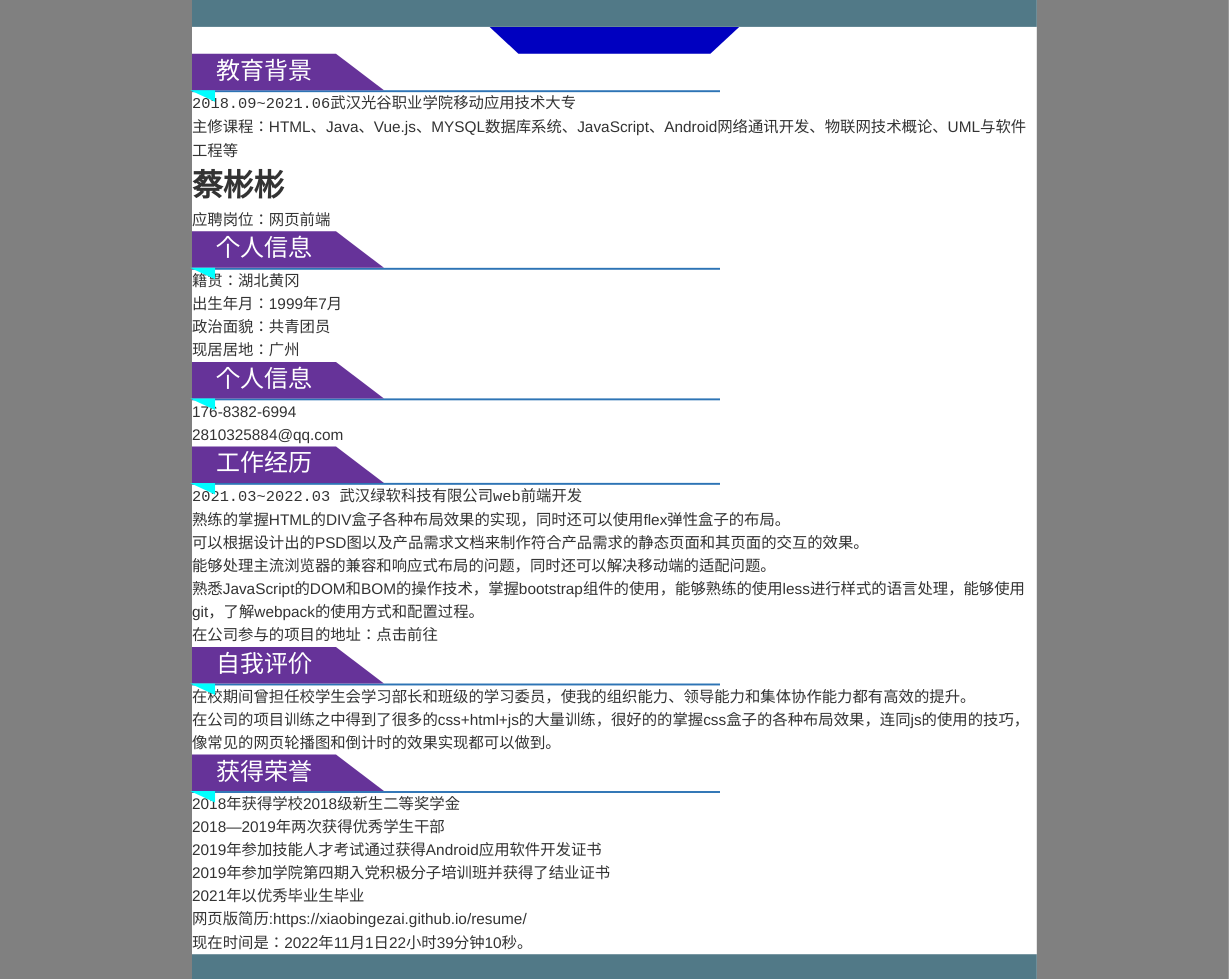
Repository: xiaobingezai/resume
Page: index.html
The author's editor kept a copy of each file at every save. The page is drawn from the files as they stood at one save, then again after the next save.
The browser window is 1280 px wide. The pictures show the whole page, at 96% of full size.

Above is the page before, as saved 2022-11-02 22:38:37.

### index.html
<!DOCTYPE html>
<html lang="en">

<head>
    <meta charset="UTF-8">
    <meta http-equiv="X-UA-Compatible" content="IE=edge">
    <meta name="viewport" content="width=device-width, initial-scale=1.0">
    <title>Document</title>
    <link rel="stylesheet" href="css/index.css">
</head>

<body>
    <div class="wrapper" id="zhengTi">
        <div class="tiXing1"></div>
        <div id="head">
            <div class="jiaoYuBeiJing">
                <div class="zhuangShiTuPian"><samp>教育背景</samp></div>
                <div class="samp1">
                    <samp>2018.09~2021.06</samp><samp>武汉光谷职业学院</samp><samp>移动应用技术</samp><samp>大专</samp>
                </div>
                <p>主修课程：HTML、Java、Vue.js、MYSQL数据库系统、JavaScript、Android网络通讯开发、物联网技术概论、UML与软件工程等</p>
            </div>
            <div id="content" class="clearfix">
                <div class="gongZuoJingLi1">
                    <div class="first">
                        <h1>蔡彬彬</h1>
                        <p>应聘岗位：网页前端</p>
                    </div>
                    <div class="second">
                        <div class="zhuangShiTuPian"><samp>个人信息</samp></div>
                        <ul class="ul1">
                            <li>籍贯：湖北黄冈</li>
                            <li>出生年月：1999年7月</li>
                            <li>政治面貌：共青团员</li>
                            <li>现居居地：广州</li>
                        </ul>
                    </div>
                    <div class="third">
                        <div class="zhuangShiTuPian"><samp>个人信息</samp></div>
                        <ul class="ul2">
                            <li>176-8382-6994</li>
                            <li>2810325884@qq.com</li>
                        </ul>
                    </div>
                </div>
                <div class="gongZuoJingLi">
                    <div class="zhuangShiTuPian"><samp>工作经历</samp></div>

                    <ul class="gongZuoJingLi2">
                        <div class="gongZuo">
                            <samp>2021.03~2022.03 </samp><samp>武汉绿软科技有限公司</samp><samp>web前端开发</samp>
                        </div>
                        <li>熟练的掌握HTML的DIV盒子各种布局效果的实现，同时还可以使用flex弹性盒子的布局。</li>
                        <li>可以根据设计出的PSD图以及产品需求文档来制作符合产品需求的静态页面和其页面的交互的效果。</li>
                        <li>能够处理主流浏览器的兼容和响应式布局的问题，同时还可以解决移动端的适配问题。</li>
                        <li>熟悉JavaScript的DOM和BOM的操作技术，掌握bootstrap组件的使用，能够熟练的使用less进行样式的语言处理，能够使用git，了解webpack的使用方式和配置过程。</li>
                        <li>在公司参与的项目的地址：<a href="http://www.downyi.com/" target="blank">点击前往</a></li>
                    </ul>
                </div>
            </div>
            <div id="tail" class="clearfix">
                <div class="diBu1">
                    <div class="zhuangShiTuPian"><samp>自我评价</samp></div>
                    <ul>
                        <li>在校期间曾担任校学生会学习部长和班级的学习委员，使我的组织能力、领导能力和集体协作能力都有高效的提升。</li>
                        <li>在公司的项目训练之中得到了很多的css+html+js的大量训练，很好的的掌握css盒子的各种布局效果，连同js的使用的技巧，像常见的网页轮播图和倒计时的效果实现都可以做到。</li>
                    </ul>
                </div>
                <div class="diBu2">
                    <div class="zhuangShiTuPian"><samp>获得荣誉</samp></div>
                    <ul>
                        <li>2018年获得学校2018级新生二等奖学金</li>
                        <li>2018—2019年两次获得优秀学生干部</li>
                        <li>2019年参加技能人才考试通过获得Android应用软件开发证书</li>
                        <li>2019年参加学院第四期入党积极分子培训班并获得了结业证书</li>
                        <li>2021年以优秀毕业生毕业</li>
                    </ul>
                </div>
                <div id="jianLi">
                    <p >网页版简历:<a href="https://xiaobingezai.github.io/resume/" target="blank">https://xiaobingezai.github.io/resume/</a></p>
                    <div class="daoJiShi"></div>
                </div>
            </div>
        </div>
        <!-- 底部 -->
        <div class="tiXing2"></div>
    </div>
    <script src="./js/index.js"></script>
</body>

</html>

### css/index.css
/* 清除默认样式的代码 */
/* 去除常见标签默认的 margin 和 padding */
body,
h1,
h2,
h3,
h4,
h5,
h6,
p,
ul,
ol,
li,
dl,
dt,
dd,
input {
    margin: 0;
    padding: 0;
}

/* 內减模式 */
* {
    box-sizing: border-box;
}

/* 设置网页统一的字体大小、行高、字体系列相关属性 */
body {
    font: 16px/1.5 "Helvetica Neue", Helvetica, Arial, "Microsoft Yahei",
        "Hiragino Sans GB", "Heiti SC", "WenQuanYi Micro Hei", sans-serif;
    color: #333;
}

/* 去除列表默认样式 */
ul,
ol {
    list-style: none;
}

/* 去除默认的倾斜效果 */
em,
i {
    font-style: normal;
}

/* 去除a标签默认下划线，并设置默认文字颜色 */
a {
    text-decoration: none;
    color: #333;
}

/* 设置img的垂直对齐方式为居中对齐，去除img默认下间隙 */
img {
    vertical-align: middle;
}

/* 去除input默认样式 */
input {
    border: none;
    outline: none;
    color: #333;
}

/* 左浮动 */
.fl {
    float: left;
}

/* 右浮动 */
.fr {
    float: right;
}

/* 双伪元素清除法 */
.clearfix::before,
.clearfix::after {
    content: "";
    display: table;
}

.clearfix::after {
    clear: both;
}

/* 版心居中 */
.wrapper {
    width: 880px;
    margin: 0 auto;
}

body{
    background-color: rgba(128, 128,128);
}
/* 装饰横条背景 */
.zhuangShiTuPian {
    position: relative;
    text-align: center;
    line-height: 40px;
    font-size: 25px;
    color: #fff;
    width: 550px;
    height: 40px;
    border-bottom: 2px solid #2d74b5;
}
.zhuangShiTuPian::after {
    content: '';
    position: absolute;
    left: -2px;

    width: 0;
    height: 0;
    border-width: 0 26px 12px 0;
    border-style: solid;
    border-color: transparent aqua;
}
.zhuangShiTuPian samp {
    display: block;
    width: 200px;
    height: 0;
    border-bottom: 38px solid rebeccapurple;
    border-right: 50px solid transparent;
}

/* 最外层的盒子的样式设置 */
#zhengTi {
    background-color: #fff;
    border-top: 28px solid #517987 ;
    border-bottom: 28px solid #517987 ;
}
#zhengTi .tiXing1 {
    width: 260px;
    height: 0;
    margin: 0 auto;
    border-top: 28px solid #0000c0;
    border-left: 30px solid transparent;
    border-right: 30px solid transparent;
}

/* head的区域 */
#zhengTi .head {
    padding-left: 30px;
}

### js/index.js
let daoJiShi = document.querySelector('.daoJiShi');
            shiJian();
            function shiJian() {
                let time = new Date();
                let nian = time.getFullYear();
                let yue = time.getMonth();
                let ri = time.getDate();
                let h = time.getHours();
                let m = time.getMinutes();
                let s = time.getSeconds();
                let dangQianShiJian = '现在时间是：' + +nian + '年' + (yue + 1) + '月' + ri + '日' + h + '小时' + m + '分钟' + s + '秒' +
                    '。';
                daoJiShi.innerHTML = dangQianShiJian;
            }
            setInterval('shiJian()', 1000);

After the next save:
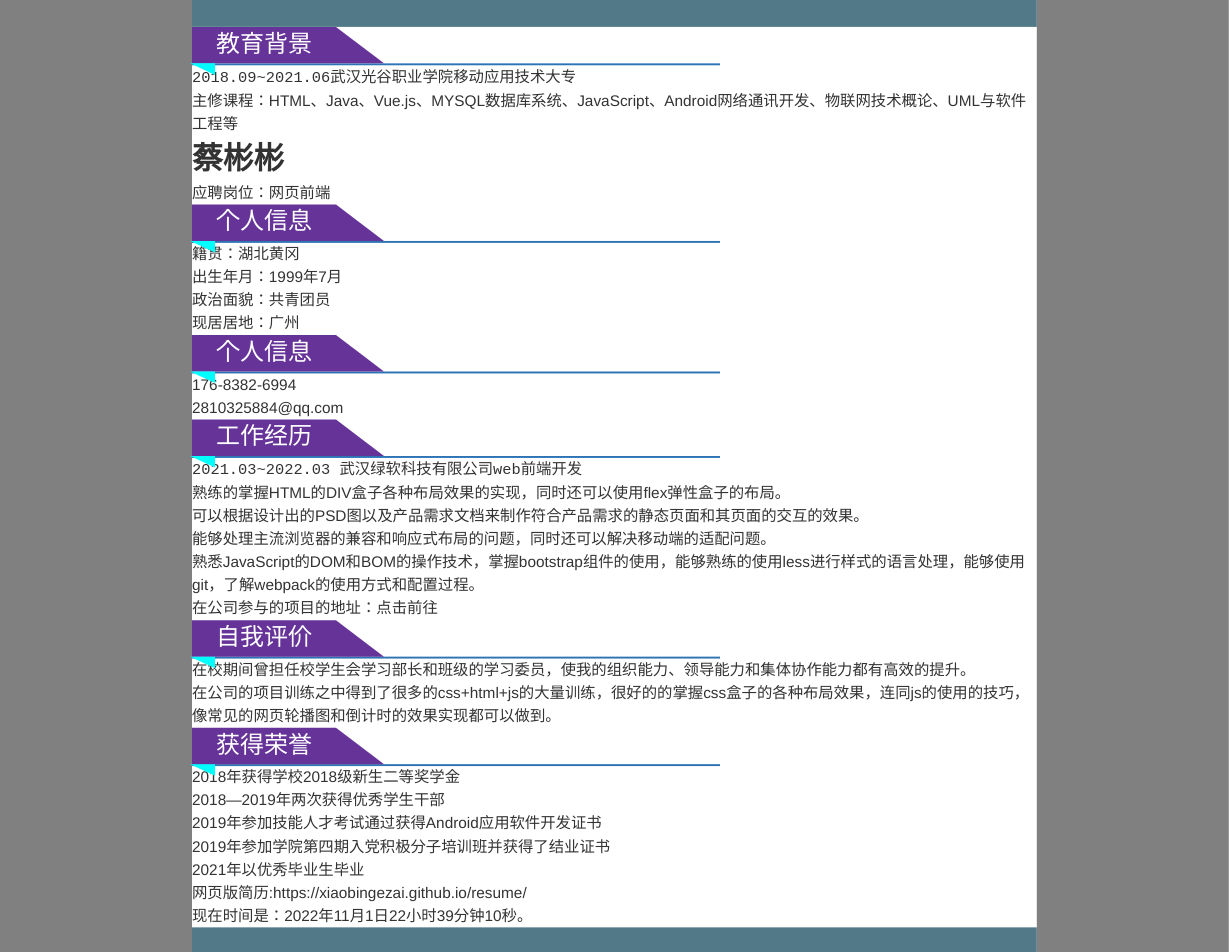
Saved 21 s later.
--- a/css/index.css
+++ b/css/index.css
@@ -131,7 +131,7 @@
     width: 260px;
     height: 0;
     margin: 0 auto;
-    border-top: 28px solid #0000c0;
+    border-top: 28px solid #00040;
     border-left: 30px solid transparent;
     border-right: 30px solid transparent;
 }

After the save that followed:
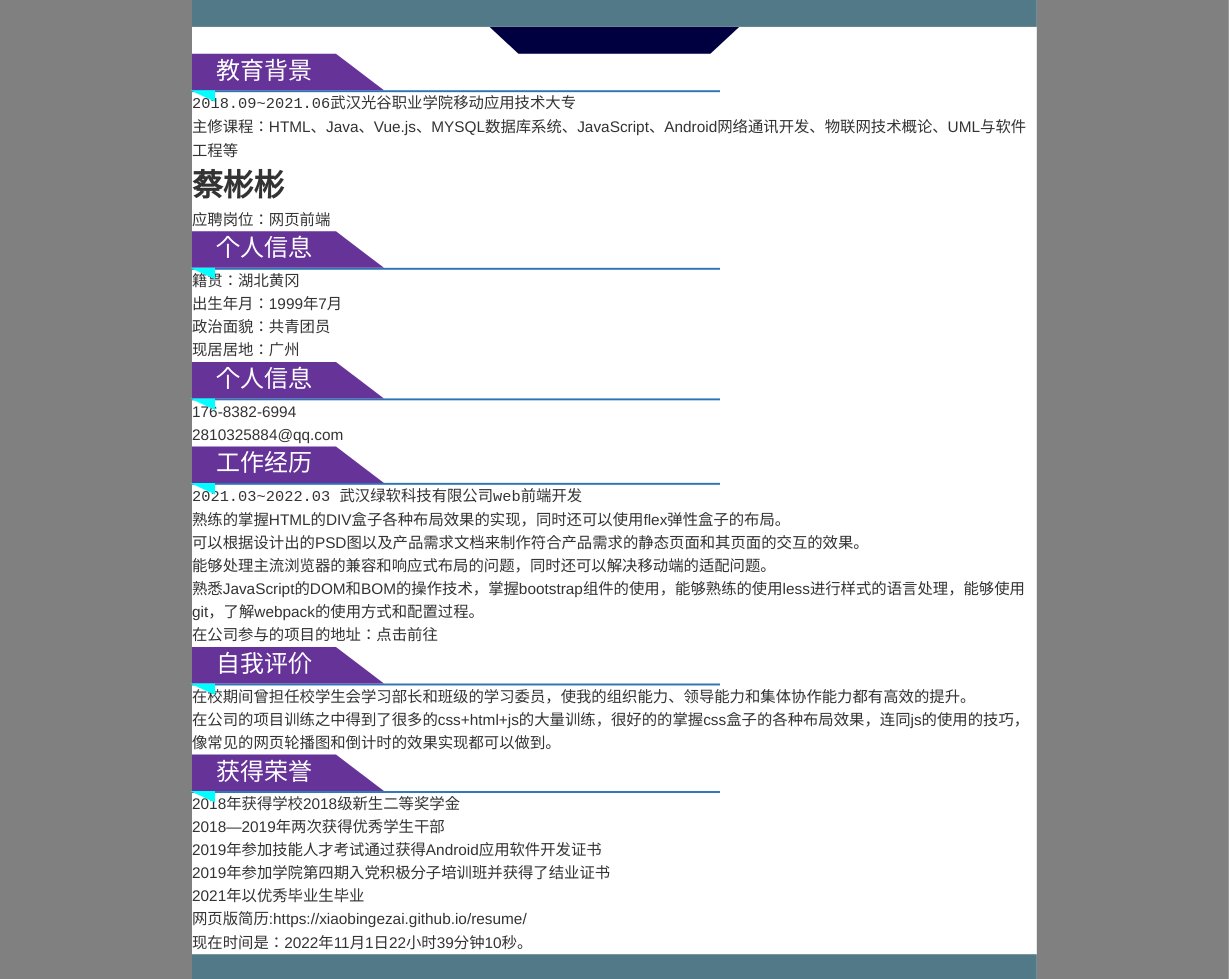
Saved 5 s later.
--- a/css/index.css
+++ b/css/index.css
@@ -131,7 +131,7 @@
     width: 260px;
     height: 0;
     margin: 0 auto;
-    border-top: 28px solid #00040;
+    border-top: 28px solid #000040;
     border-left: 30px solid transparent;
     border-right: 30px solid transparent;
 }
